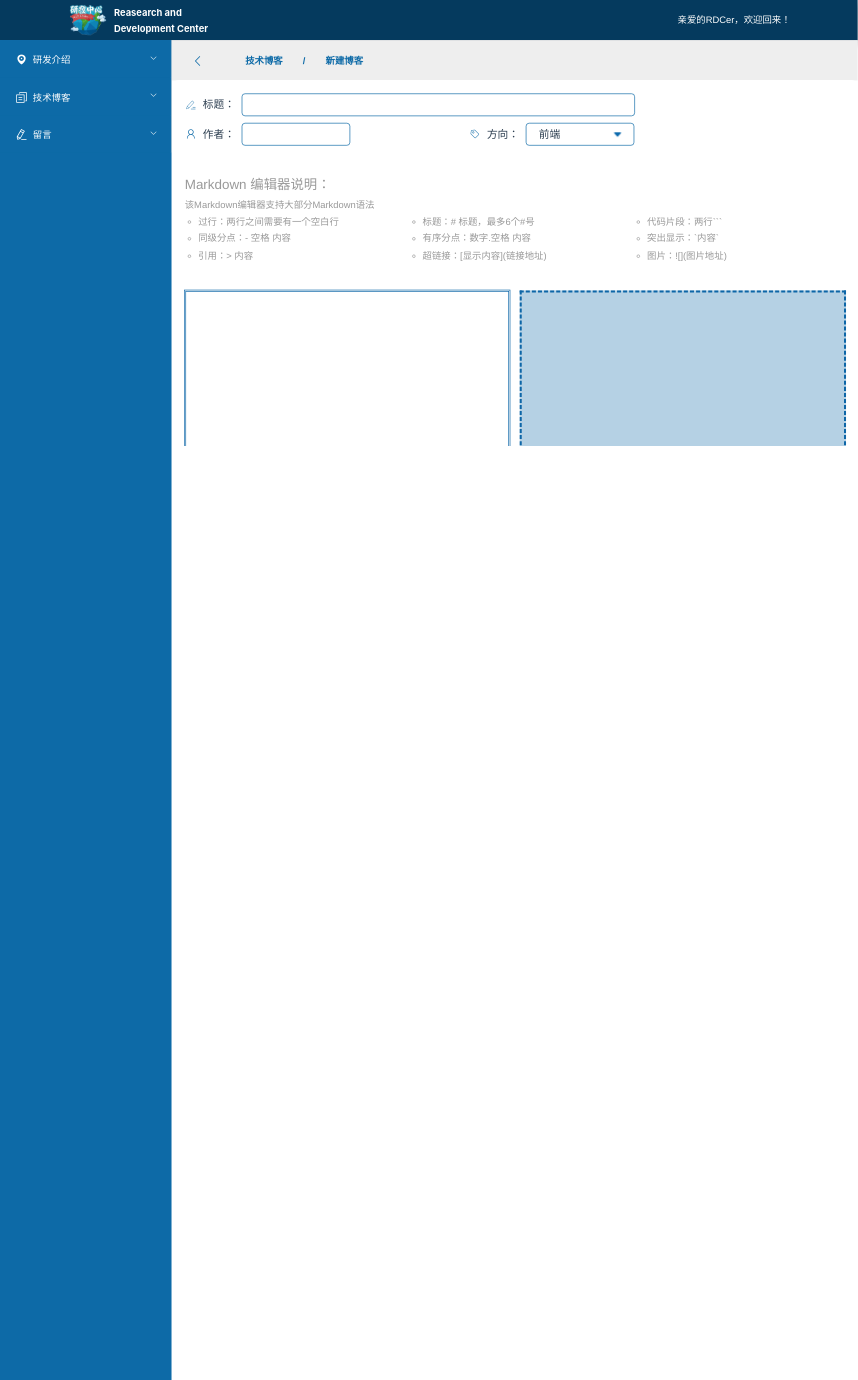
Repository: roger-hub/RDC-front-program
Page: /createblog
These files come from the project's save history. The page is drawn as it stood at one moment and after the next save; the edit follows.
The browser window is 1280 px wide. The pictures show the whole page, at 67% of full size.
An inner scrolling area shows only its first screen. The project was rebuilt for these pictures with package versions that can differ from the ones it lists, and the page was loaded fresh each time. Also part of the build but not shown: vue.config.js, src/views/Home.vue, src/views/Login.vue, src/components/UnMessage.vue, src/views/CheckMessage.vue, src/components/PushComment.vue, src/components/ReplyArea.vue, src/components/EachMessage.vue and 1 more.

Above is the page before, as saved 2020-08-21 20:49:53.

After the next save:
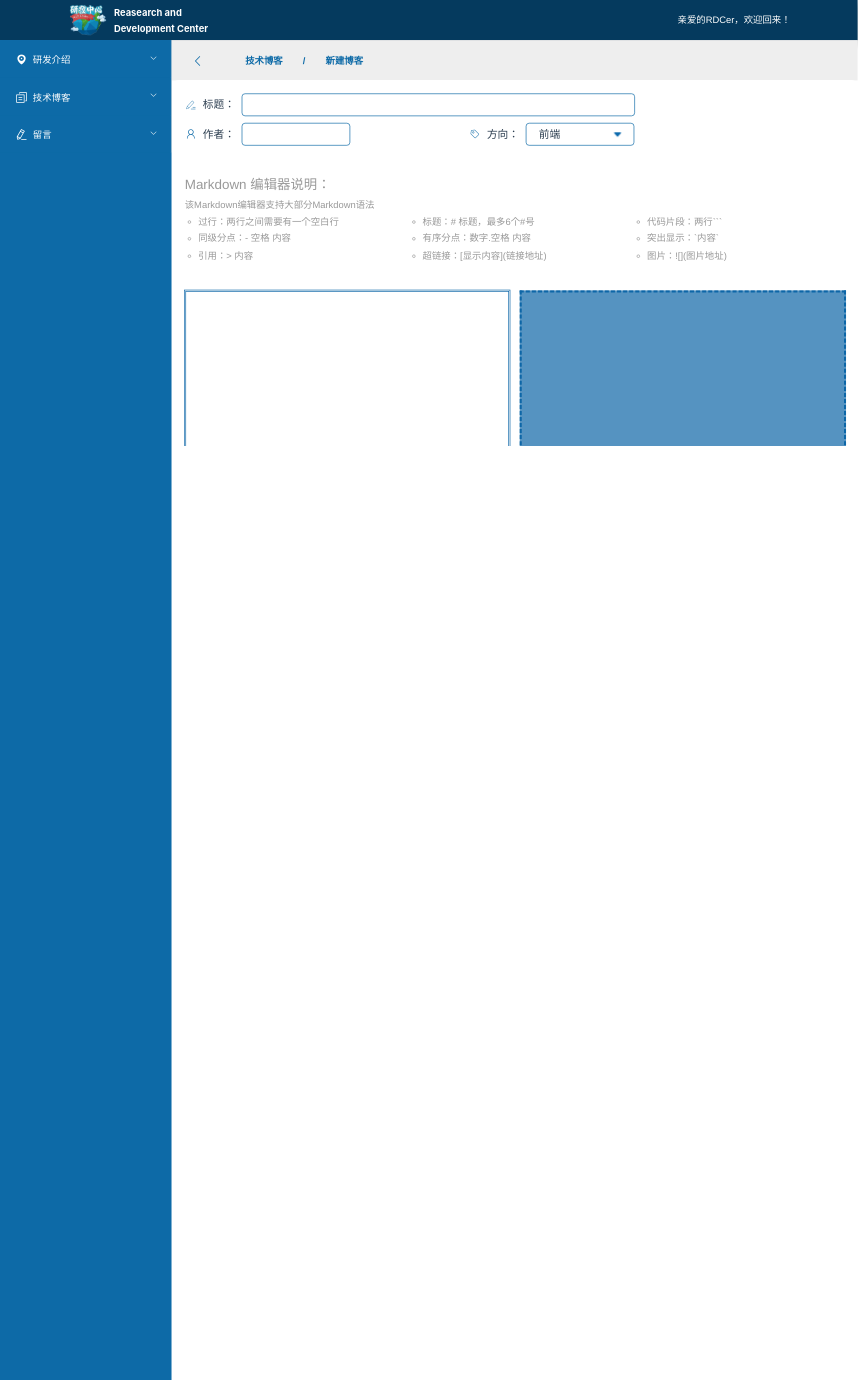
Saved 15 s later.
--- a/src/components/blogWrite/md.vue
+++ b/src/components/blogWrite/md.vue
@@ -156,7 +156,7 @@
     #show-area {
         overflow-x: hidden;
         height: 594px;
-        background-color: rgba(13, 102, 167,.3);
+        background-color: rgba(13, 102, 167,.7);
         overflow-y: auto;
         padding: 0 10px;
         color: #eee;
